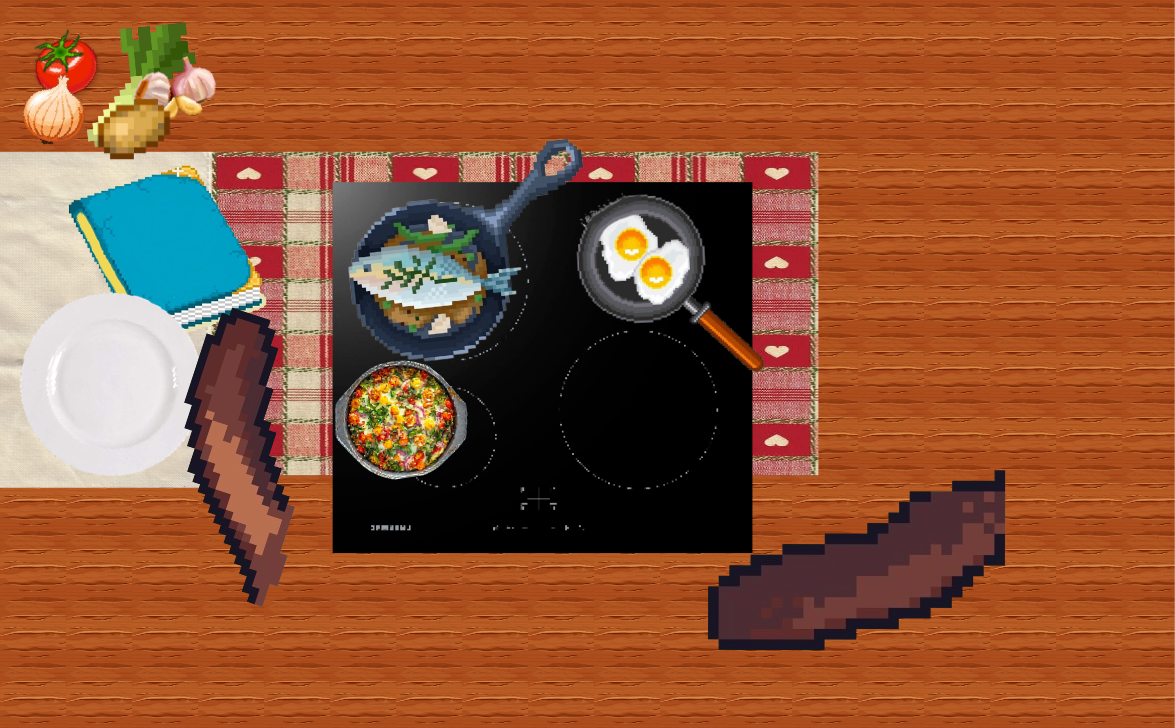
Repository: AJamdonuts/ToddyTalks
Page: playingaround2/pages/chefsujin.html
An editor plug-in stored every save of this project. The page is shown before and after the next save, followed by the edit.
The browser window is 1280 px wide. The page is 1780 px wide, so the pictures cover 1780 px, including what lies to the right of the window. The pictures show the whole page, at 66% of full size.

Above is the page before, as saved 2025-11-26 18:22:08.

### playingaround2/pages/chefsujin.html
<!DOCTYPE html>
<html>
<head>
    <meta charset="UTF-8">
    <meta name="viewport" content="width=device-width, initial-scale=1">
    <link href="/playingaround2/styles/chefsujin.css" rel="stylesheet">
    <title>Chef Sujin</title>
    <link rel="icon" type="image/x-icon" href="/playingaround2/images/favicon.ico">
</head>
<body>
    <img src="/playingaround2/images/09362b8ce39beb85f830c3373e6b392c-removebg-preview.png" alt="Chef Sujin Banner" class="chef-sujin-banner">
    <img src="/playingaround2/images/b41e50d46e26e9463ce130b2da7a46aa.jpg" class="creamtexture">
    <img src="/playingaround2/images/check table cloth.jpg" class="checktablecloth">
    <img src="/playingaround2/images/pxArt-2.png" class="hob">
    <img src="/playingaround2/images/pixil-frame-0-removebg-preview 1.png" class="recipebook">
    <img src="/playingaround2/images/fishpan.png" class="fishpan">
    <img src="/playingaround2/images/leek-removebg-preview.png" class="leek">
    <img src="/playingaround2/images/garlic-removebg-preview.png" class="garlic">\
    <img src="/playingaround2/images/d95fa1e62c663504736614e026fc4862-removebg-preview.png" class="potato">
    <img src="/playingaround2/images/pixil-frame-0-removebg-preview.png" class="eggpan" >
    <img src="/playingaround2/images/pxArt-2-removebg-preview.png" class="vegpan">
    <img src="/playingaround2/images/pxArt-removebg-preview.png" class="plate">
    <img src="/playingaround2/images/tomato-removebg-preview.png" class="tomato">
    <img src="/playingaround2/images/onion-removebg-preview.png" class="onion">
    <img src="/playingaround2/images/IMG_0236_2-removebg-preview.png" class="beararm1" >
    <img src="/playingaround2/images/IMG_0236-removebg-preview.png" class="beararm2" >

</body>
</html>

### playingaround2/styles/chefsujin.css


.tomato {
    position: absolute;
    width: 9.3vw;
    height: auto;
    left: 3.13vw;
    top: 5.38vh;
    filter: drop-shadow(0px 4px 4px rgba(0, 0, 0, 0.25));
    border-radius: 4px;
    transform: rotate(-24.58deg);
}

.potato {
    position: absolute;
    width: 11.45vw;
    height: auto;
    left: 10.14vw;
    top: 15.73vh;
}

.leek {
    position: absolute;
    width: 17.91vw;
    height: auto;
    left: 7.64vw;
    top: 1.95vh;
    transform: rotate(-5.62deg);

}

.garlic {
    position: absolute;
    width: 13.53vw;
    height: auto;
    left: 13.93vw;
    top: 7.31vh;
    transform: rotate(-19.27deg);

}

.onion {
    position: absolute;
    width: 8.76vw;
    height: auto;
    left: 2.22vw;
    top: 14.19vh;
    transform: rotate(17.63deg);
}


.recipebook {
    position: absolute;
    width: 27.22vw;
    height: auto;
    left: 6.25vw;
    top: 29.49vh;
}

.plate {
    position: absolute;
    width: 23.25vw;
    height: auto;
    left: 1.53vw;
    top: 60.16vh;
    transform: rotate(19.64deg);
}



.beararm1 {
    position: absolute;
    width: 31.15vw;
    height: auto;
    left: 11.04vw;
    top: 38.28vh;
    transform: matrix(0.95, 0.31, 0.31, -0.95, 0, 0);
}

.beararm2 {
    position: absolute;
    width: 36.65vw;
    height: auto;
    left: 80.56vw;
    top: 48.53vh;
    transform: rotate(90.11deg);
}

.fishpan {
    position: absolute;
    width: 37.98vw;
    height: auto;
    left: 36.94vw;
    top: 25.10vh;
    transform: rotate(-6.22deg);
}

.eggpan {
    position: absolute;
    width: 27.5vw;
    height: auto;
    left: 65.45vw;
    top: 35.39vh;
    transform: rotate(177.33deg);
}

.vegpan {
    position: absolute;
    width: 14.38vw;
    height: auto;
    left: 40.32vw;
    top: 68.66vh;
    transform: rotate(81.24deg);
}

.hob {
    position: absolute;
    width: 49.72vw;
    height: auto;
    left: 39.38vw;
    top: 38.28vh;
}

body {
    margin: 0;
    background-image: url("/playingaround2/images/kitchencounter.jpg");
    background-size: 100px 100px;
    background-position: top left;
    background-repeat: repeat;
    width: 1440px;   /* your Figma width */
    height: 1024px;  /* your Figma height */
    overflow: hidden;
}

.creamtexture {
    position: absolute;
    width: 33.06vw;
    height: 70.70vh;
    left: -7.99vw;
    top: 31.93vh;
}

.checktablecloth {
    position: absolute;
    width: 71.81vw;
    height: 68.07vh;
    left: 25.07vw;
    top: 31.93vh;
}

After the next save:
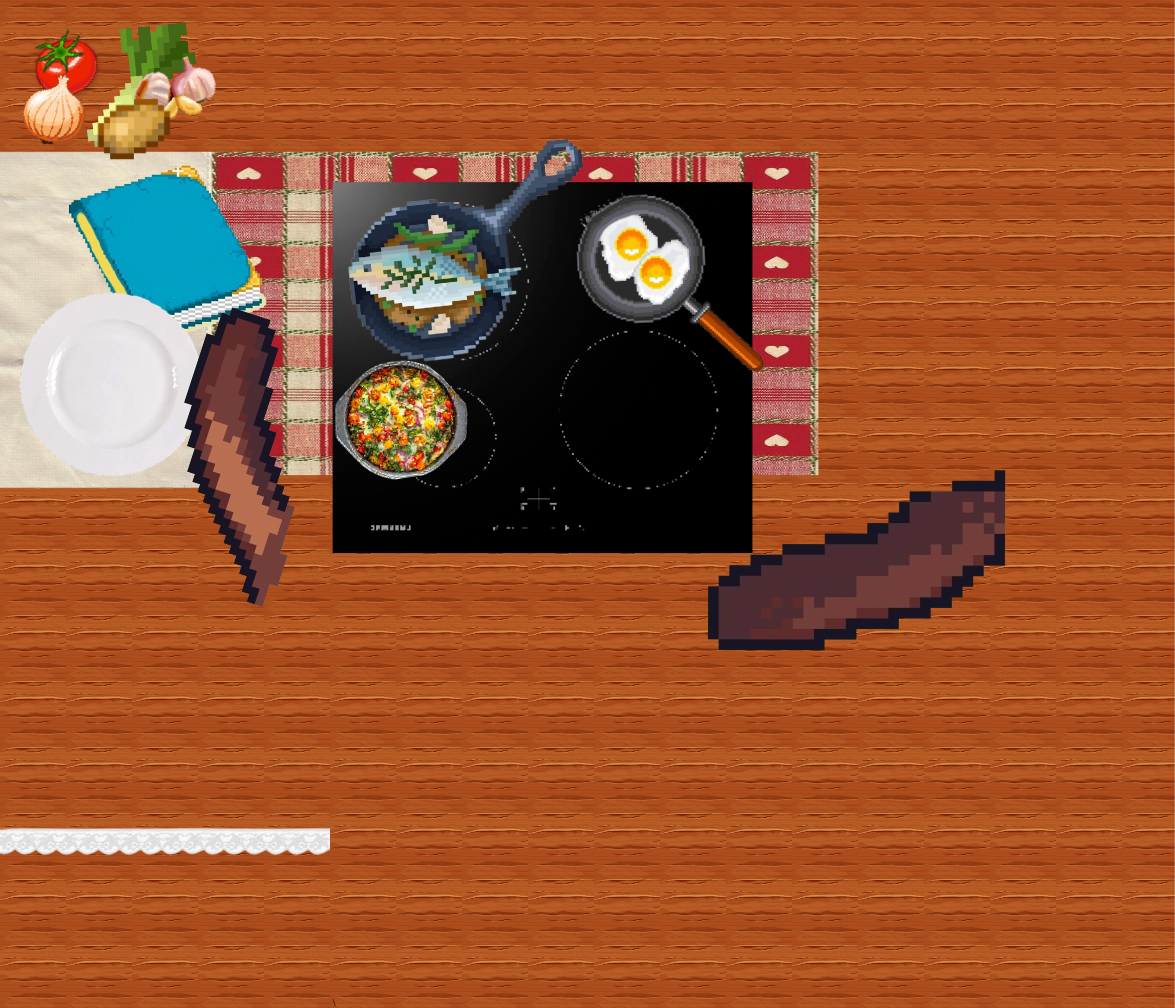
Saved 3 min 1 s later.
--- a/playingaround2/pages/chefsujin.html
+++ b/playingaround2/pages/chefsujin.html
@@ -8,22 +8,24 @@
     <link rel="icon" type="image/x-icon" href="/playingaround2/images/favicon.ico">
 </head>
 <body>
-    <img src="/playingaround2/images/09362b8ce39beb85f830c3373e6b392c-removebg-preview.png" alt="Chef Sujin Banner" class="chef-sujin-banner">
-    <img src="/playingaround2/images/b41e50d46e26e9463ce130b2da7a46aa.jpg" class="creamtexture">
-    <img src="/playingaround2/images/check table cloth.jpg" class="checktablecloth">
-    <img src="/playingaround2/images/pxArt-2.png" class="hob">
-    <img src="/playingaround2/images/pixil-frame-0-removebg-preview 1.png" class="recipebook">
-    <img src="/playingaround2/images/fishpan.png" class="fishpan">
-    <img src="/playingaround2/images/leek-removebg-preview.png" class="leek">
-    <img src="/playingaround2/images/garlic-removebg-preview.png" class="garlic">\
-    <img src="/playingaround2/images/d95fa1e62c663504736614e026fc4862-removebg-preview.png" class="potato">
-    <img src="/playingaround2/images/pixil-frame-0-removebg-preview.png" class="eggpan" >
-    <img src="/playingaround2/images/pxArt-2-removebg-preview.png" class="vegpan">
-    <img src="/playingaround2/images/pxArt-removebg-preview.png" class="plate">
-    <img src="/playingaround2/images/tomato-removebg-preview.png" class="tomato">
-    <img src="/playingaround2/images/onion-removebg-preview.png" class="onion">
-    <img src="/playingaround2/images/IMG_0236_2-removebg-preview.png" class="beararm1" >
-    <img src="/playingaround2/images/IMG_0236-removebg-preview.png" class="beararm2" >
+    <div class="canvas"></div>
+        <img src="/playingaround2/images/09362b8ce39beb85f830c3373e6b392c-removebg-preview.png" alt="Chef Sujin Banner" class="chef-sujin-banner">
+        <img src="/playingaround2/images/b41e50d46e26e9463ce130b2da7a46aa.jpg" class="creamtexture">
+        <img src="/playingaround2/images/check table cloth.jpg" class="checktablecloth">
+        <img src="/playingaround2/images/pxArt-2.png" class="hob">
+        <img src="/playingaround2/images/pixil-frame-0-removebg-preview 1.png" class="recipebook">
+        <img src="/playingaround2/images/fishpan.png" class="fishpan">
+        <img src="/playingaround2/images/leek-removebg-preview.png" class="leek">
+        <img src="/playingaround2/images/garlic-removebg-preview.png" class="garlic">\
+        <img src="/playingaround2/images/d95fa1e62c663504736614e026fc4862-removebg-preview.png" class="potato">
+        <img src="/playingaround2/images/pixil-frame-0-removebg-preview.png" class="eggpan" >
+        <img src="/playingaround2/images/pxArt-2-removebg-preview.png" class="vegpan">
+        <img src="/playingaround2/images/pxArt-removebg-preview.png" class="plate">
+        <img src="/playingaround2/images/tomato-removebg-preview.png" class="tomato">
+        <img src="/playingaround2/images/onion-removebg-preview.png" class="onion">
+        <img src="/playingaround2/images/IMG_0236_2-removebg-preview.png" class="beararm1" >
+        <img src="/playingaround2/images/IMG_0236-removebg-preview.png" class="beararm2" >
+    </div>
 
 </body>
 </html>
--- a/playingaround2/styles/chefsujin.css
+++ b/playingaround2/styles/chefsujin.css
@@ -127,9 +127,6 @@ body {
     background-size: 100px 100px;
     background-position: top left;
     background-repeat: repeat;
-    width: 1440px;   /* your Figma width */
-    height: 1024px;  /* your Figma height */
-    overflow: hidden;
 }
 
 .creamtexture {
@@ -147,3 +144,14 @@ body {
     left: 25.07vw;
     top: 31.93vh;
 }
+
+.canvas {
+    width: 1440px;
+    height: 1024px;
+    position: relative;
+    transform-origin: top left;
+}
+
+.canvas {
+    transform: scale(calc(100vw / 1440));
+}
